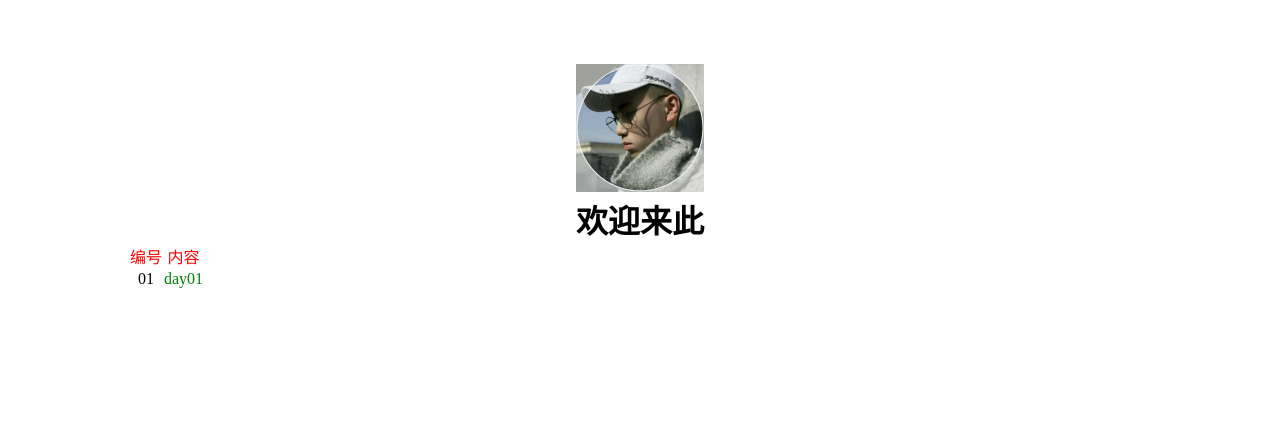
Repository: FengMo1314/JavaWeb
Page: JavaWeb&chen/src/main/webapp/index.html
The author's editor kept a copy of each file at every save. The page is drawn from the files as they stood at one save, then again after the next save.
The browser window is 1280 px wide. The pictures show the whole page.

Above is the page before, as saved 2022-11-19 14:48:27.

After the next save:
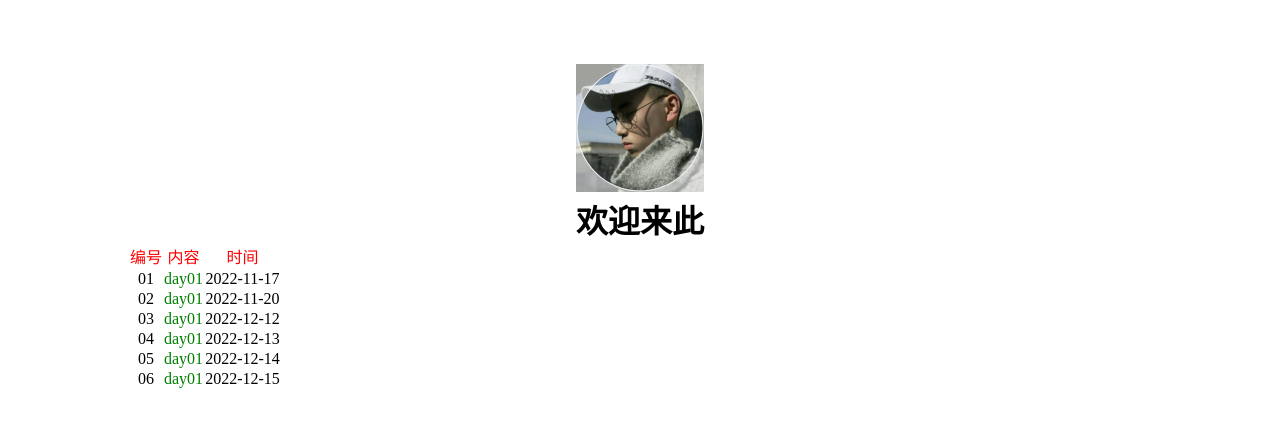
Saved 5 min 57 s later.
--- a/JavaWeb&chen/src/main/webapp/index.html
+++ b/JavaWeb&chen/src/main/webapp/index.html
@@ -15,10 +15,37 @@
 			<tr align="center" style="color: red">
 			<td>编号</td>
 			<td>内容</td>
+			<td>时间</td>
 			</tr>
 			<tr align="center">
 			<td>01</td>
 			<td><a href="day01">day01</a></td>
+			<td>2022-11-17</td>
+			</tr>
+			<tr align="center">
+			<td>02</td>
+			<td><a href="day02">day01</a></td>
+			<td>2022-11-20</td>
+			</tr>
+			<tr align="center">
+			<td>03</td>
+			<td><a href="day03">day01</a></td>
+			<td>2022-12-12</td>
+			</tr>
+			<tr align="center">
+			<td>04</td>
+			<td><a href="day04">day01</a></td>
+			<td>2022-12-13</td>
+			</tr>
+			<tr align="center">
+			<td>05</td>
+			<td><a href="day05">day01</a></td>
+			<td>2022-12-14</td>
+			</tr>
+			<tr align="center">
+			<td>06</td>
+			<td><a href="day06">day01</a></td>
+			<td>2022-12-15</td>
 			</tr>
 			</table>
 		</form>
